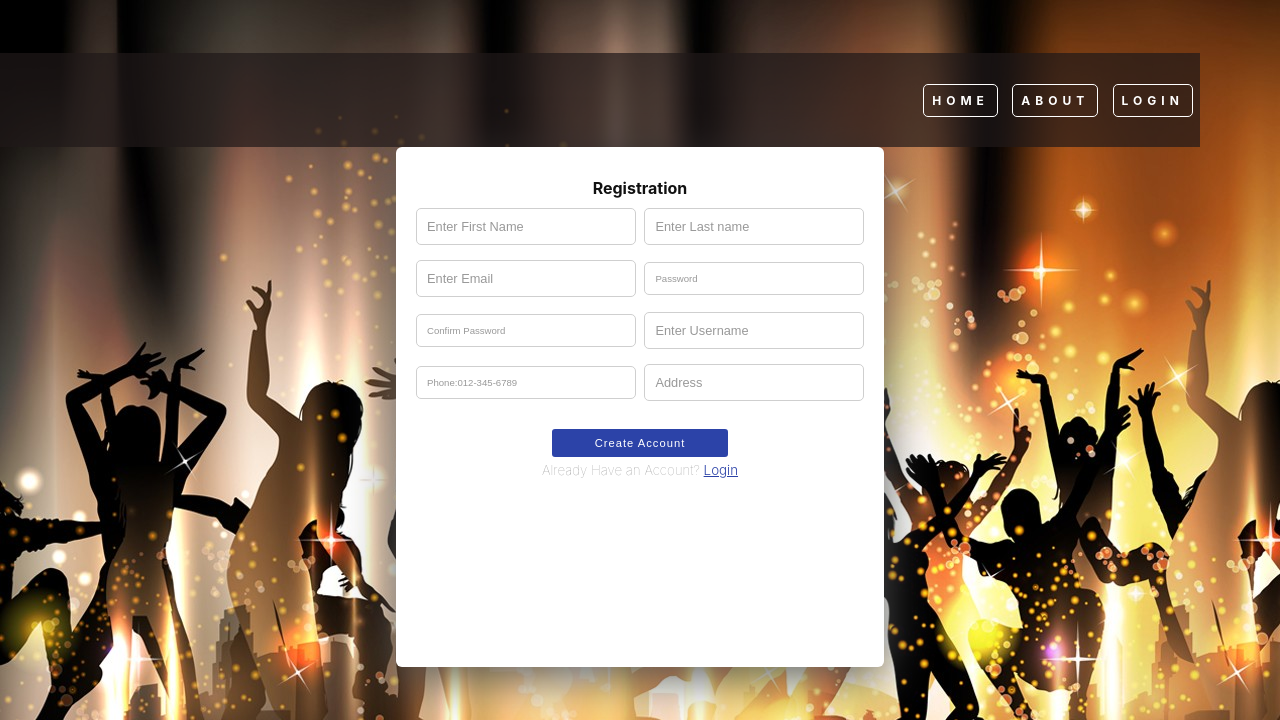
Repository: Fortune-Labs/Event-management-system-CapstoneG3
Page: /register (app in frontend/)
These files come from the project's save history. The page is drawn as it stood at one moment and after the next save; the edit follows.
The browser window is 1280 px wide. The pictures show the whole page.
The project was rebuilt for these pictures with package versions that can differ from the ones it lists, and the page was loaded fresh each time. Also part of the build but not shown: frontend/src/components/LoginSignup/errorMessages.js, frontend/src/components/LoginSignup/login.jsx, frontend/src/components/LoginSignup/verificationCode.jsx, frontend/src/components/LoginSignup/passwordReset.jsx, frontend/src/components/Home/home.jsx, frontend/src/components/Events/initial.jsx.

Above is the page before, as saved 2020-09-22 15:12:42.

After the next save:
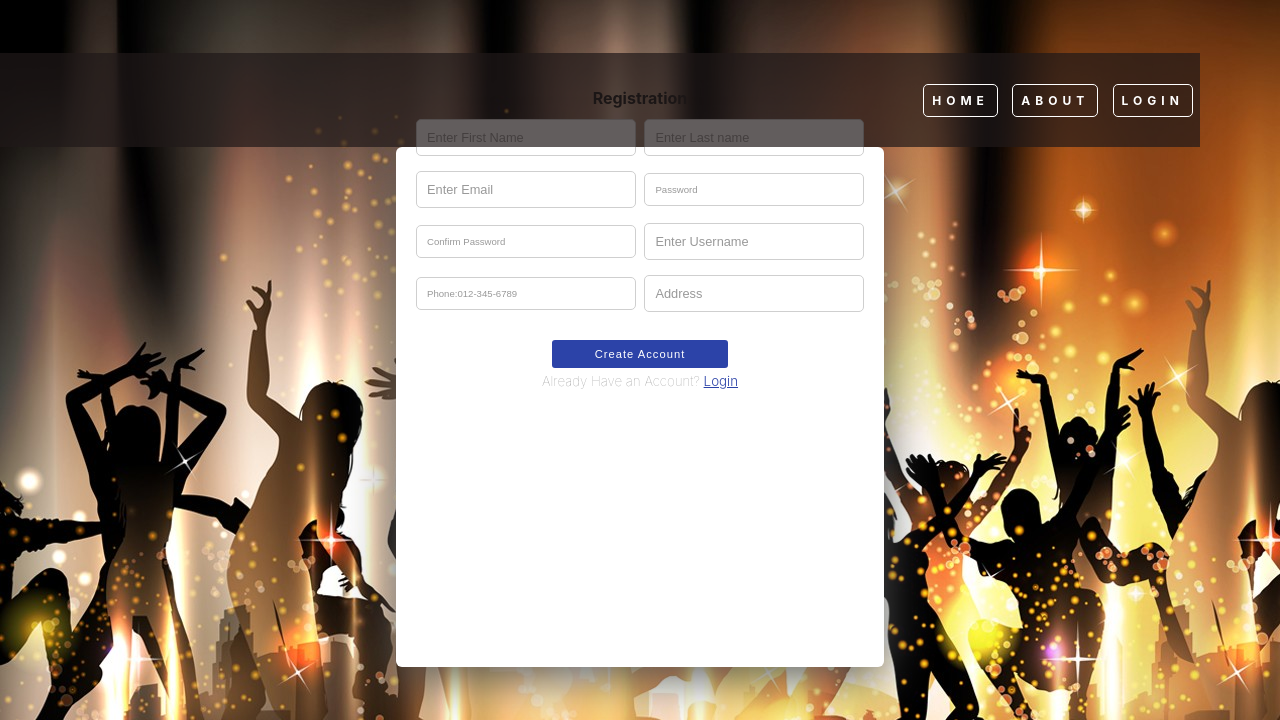
Saved 27 s later.
--- a/frontend/src/components/LoginSignup/style.css
+++ b/frontend/src/components/LoginSignup/style.css
@@ -67,7 +67,7 @@
 }
 
 form {
-  top: 20px;
+  margin-top: -20%;
 }
 
 .register-header {

After the save that followed:
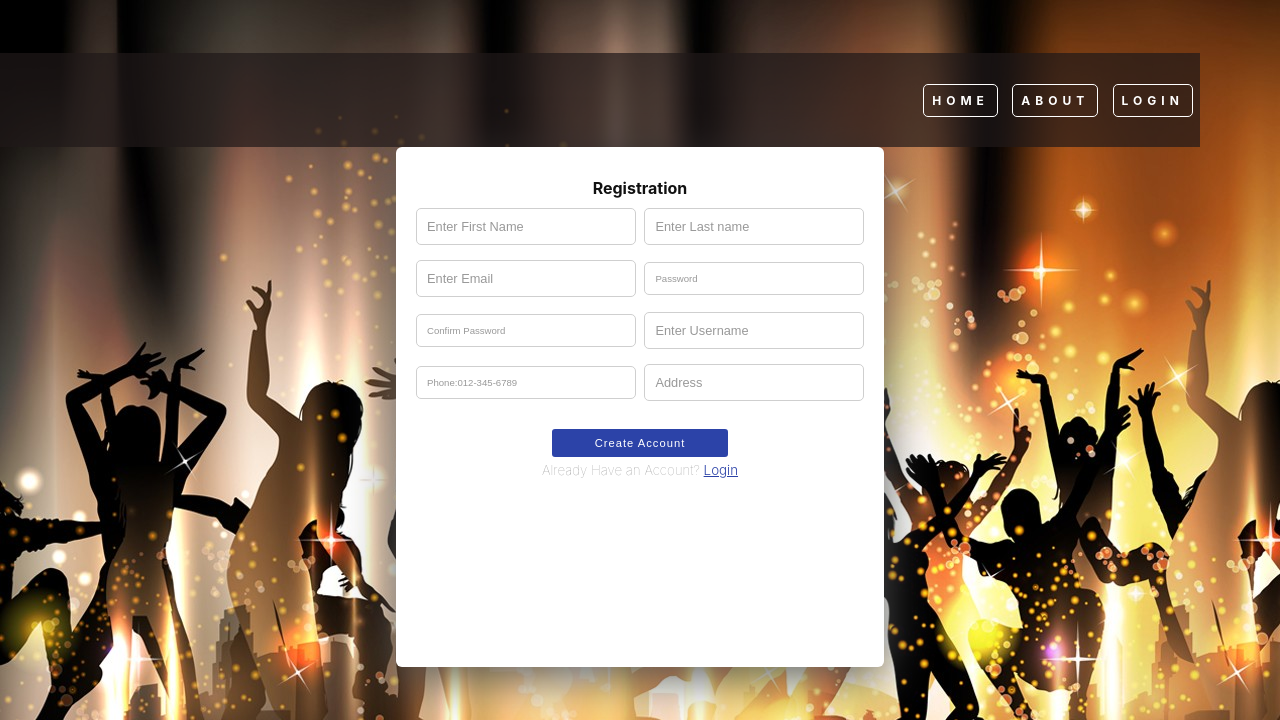
Saved 69 s later.
--- a/frontend/src/components/LoginSignup/style.css
+++ b/frontend/src/components/LoginSignup/style.css
@@ -67,7 +67,7 @@
 }
 
 form {
-  margin-top: -20%;
+  display: flex;
 }
 
 .register-header {
